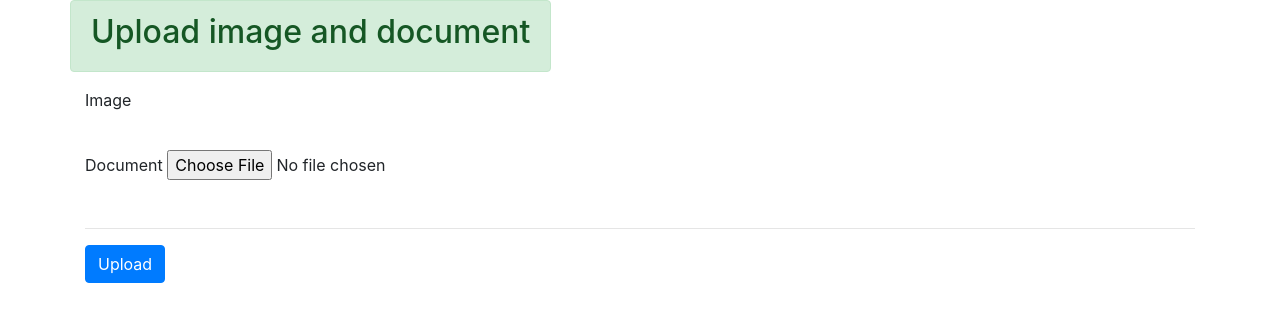
Repository: MT-thanh-MT/Java4_labs
Page: http://localhost/Lab3/UploadServlet
The author's editor kept a copy of each file at every save. The page is drawn from the files as they stood at one save, then again after the next save.
The browser window is 1280 px wide. The pictures show the whole page.
The page is served by Tomcat 9. Other server files are loaded and not shown.

Above is the page before, as saved 2022-07-15 12:05:45.

### Lab3/src/main/webapp/upload.jsp
<%@ page language="java" contentType="text/html; charset=ISO-8859-1"
	pageEncoding="ISO-8859-1"%>
<!doctype html>
<html lang="en">
<head>
<!-- Required meta tags -->
<meta charset="utf-8">
<meta name="viewport"
	content="width=device-width, initial-scale=1, shrink-to-fit=no">

<!-- Bootstrap CSS -->
<link rel="stylesheet"
	href="https://cdn.jsdelivr.net/npm/bootstrap@4.6.1/dist/css/bootstrap.min.css"
	integrity="sha384-zCbKRCUGaJDkqS1kPbPd7TveP5iyJE0EjAuZQTgFLD2ylzuqKfdKlfG/eSrtxUkn"
	crossorigin="anonymous">

<title>Upload!</title>
</head>
<body>
	<div class="container">
		<div class="row">
			<div class="alert alert-success">
				<h2>Upload image and document</h2>
			</div>
		</div>
		<div class="row">
			<div class="col">
				<form action="UploadServlet" enctype="multipart/form-data"
					method="post">
					<div class="custom-file mb-4">
						<label for="image">Image</label>
						<input type="file" id="image" class="custom-file-input" name="image" />
					</div>
					<div class="custom-file mb-4">
						<label for="document">Document</label> <input type="file"
							id="document" name="document" />
					</div>
					<hr />
					<button class="btn btn-primary">Upload</button>
				</form>
			</div>
		</div>
	</div>


	<script
		src="https://cdn.jsdelivr.net/npm/jquery@3.5.1/dist/jquery.slim.min.js"
		integrity="sha384-DfXdz2htPH0lsSSs5nCTpuj/zy4C+OGpamoFVy38MVBnE+IbbVYUew+OrCXaRkfj"
		crossorigin="anonymous"></script>
	<script
		src="https://cdn.jsdelivr.net/npm/popper.js@1.16.1/dist/umd/popper.min.js"
		integrity="sha384-9/reFTGAW83EW2RDu2S0VKaIzap3H66lZH81PoYlFhbGU+6BZp6G7niu735Sk7lN"
		crossorigin="anonymous"></script>
	<script
		src="https://cdn.jsdelivr.net/npm/bootstrap@4.6.1/dist/js/bootstrap.min.js"
		integrity="sha384-VHvPCCyXqtD5DqJeNxl2dtTyhF78xXNXdkwX1CZeRusQfRKp+tA7hAShOK/B/fQ2"
		crossorigin="anonymous"></script>
	<script>
		// Add the following code if you want the name of the file appear on select
		$(".custom-file-input").on(
				"change",
				function() {
					var fileName = $(this).val().split("\\").pop();
					$(this).siblings(".custom-file-label").addClass("selected")
							.html(fileName);
				});
	</script>
</body>
</html>

### Lab3/src/main/java/edu/poly/servlet/UploadServlet.java
package edu.poly.servlet;

import java.io.IOException;
import java.nio.file.Files;
import java.nio.file.Path;
import java.nio.file.Paths;

import javax.servlet.ServletException;
import javax.servlet.annotation.MultipartConfig;
import javax.servlet.annotation.WebServlet;
import javax.servlet.http.HttpServlet;
import javax.servlet.http.HttpServletRequest;
import javax.servlet.http.HttpServletResponse;
import javax.servlet.http.Part;

/**
 * Servlet implementation class UploadServlet
 */
@MultipartConfig
@WebServlet("/UploadServlet")
public class UploadServlet extends HttpServlet {

	protected void doGet(HttpServletRequest request, HttpServletResponse response) throws ServletException, IOException {
		request.getRequestDispatcher("upload.jsp").forward(request, response);

	}


	protected void doPost(HttpServletRequest request, HttpServletResponse response) throws ServletException, IOException {
		String uploadFolder = request.getServletContext().getRealPath("/uploads");
		Path uploadPath = Paths.get(uploadFolder);

		if (!Files.exists(uploadPath)) {
			Files.createDirectory(uploadPath);
		}
		Part imagePart = request.getPart("image");
		Part documentPart = request.getPart("document");

		String imageFilename = Path.of(imagePart.getSubmittedFileName()).getFileName().toString();
		String documentFilename = Path.of(documentPart.getSubmittedFileName()).getFileName().toString();

		imagePart.write(Paths.get(uploadPath.toString(), imageFilename).toString());
		documentPart.write(Paths.get(uploadPath.toString(),documentFilename).toString());

		request.setAttribute("image", imageFilename);
		request.setAttribute("document", documentFilename);

		request.getRequestDispatcher("result.jsp").forward(request, response);

	}

}

After the next save:
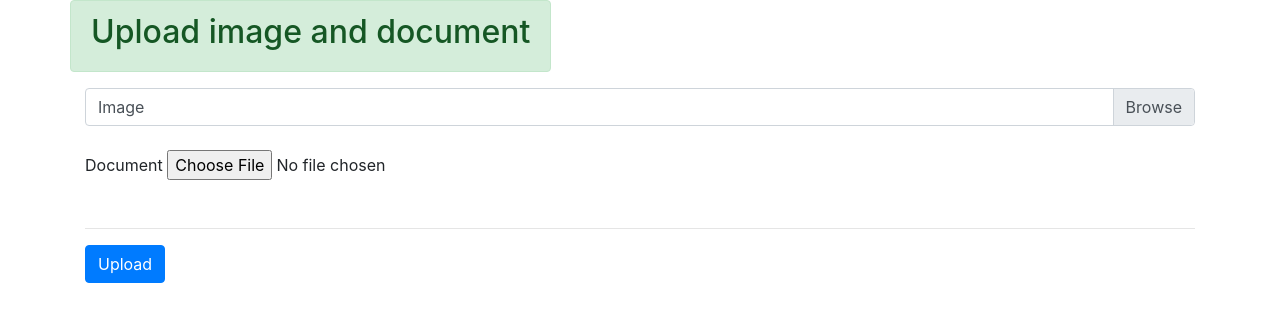
Saved 27 s later.
--- a/Lab3/src/main/webapp/upload.jsp
+++ b/Lab3/src/main/webapp/upload.jsp
@@ -28,8 +28,8 @@
 				<form action="UploadServlet" enctype="multipart/form-data"
 					method="post">
 					<div class="custom-file mb-4">
-						<label for="image">Image</label>
 						<input type="file" id="image" class="custom-file-input" name="image" />
+						<label for="image" class="custom-file-label">Image</label>
 					</div>
 					<div class="custom-file mb-4">
 						<label for="document">Document</label> <input type="file"
